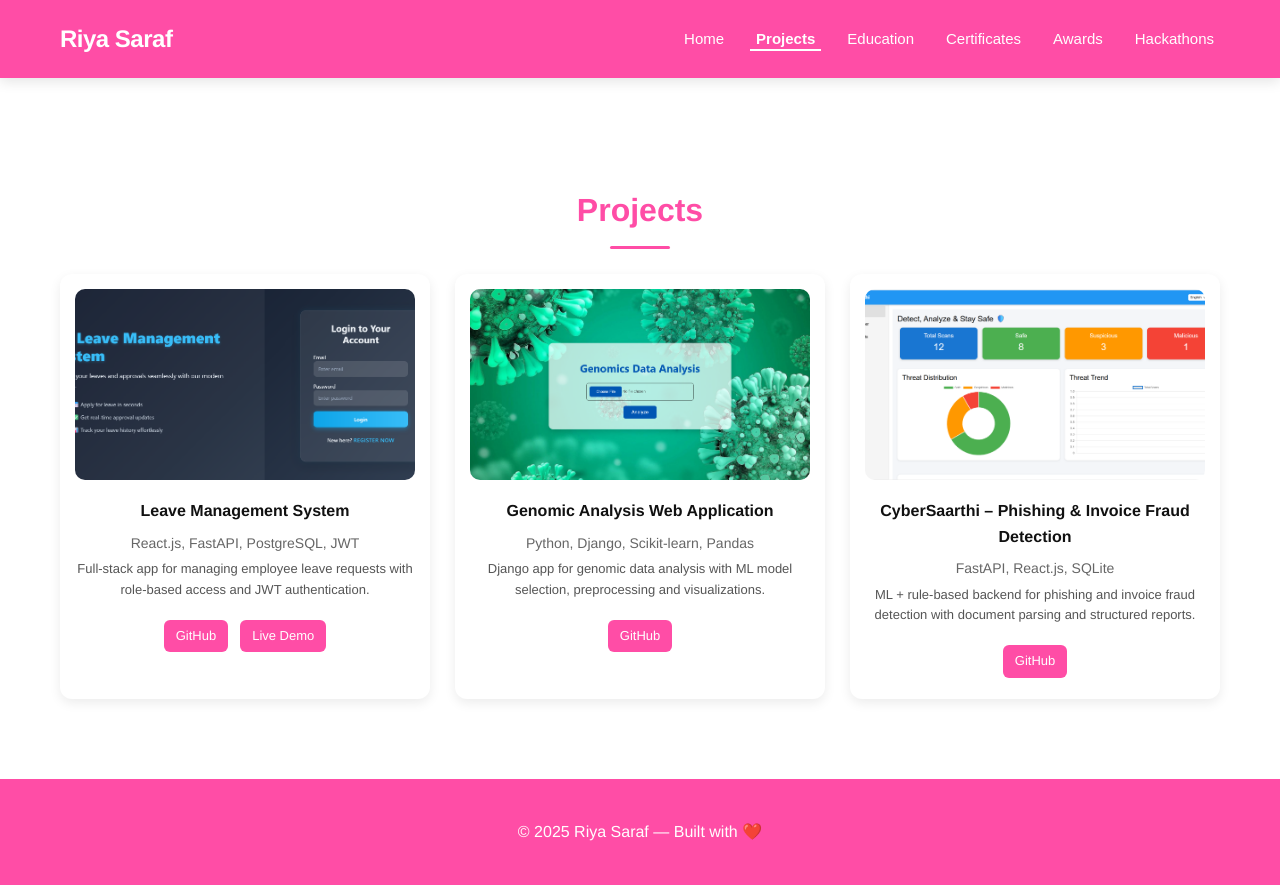
Repository: riyaaaa19/riya-portfolio
Page: /, after clicking the first element matching `nav > :nth-child(2)`
The author's editor kept a copy of each file at every save. The page is drawn from the files as they stood at one save, then again after the next save.
The browser window is 1280 px wide. The pictures show the whole page.
The project was rebuilt for these pictures with package versions that can differ from the ones it lists, and the page was loaded fresh each time.

Above is the page before, as saved 2025-09-13 18:49:43.

### src/App.js
import React, { useState } from "react";
import { Mail, Github, Linkedin } from "lucide-react";
import TimelineCard from "./components/TimelineCard"; // adjust path if needed
import "./styles.css";

export default function RiyaSarafPortfolio() {
  const [activePage, setActivePage] = useState("home");

  const projects = [
    {
      title: "Leave Management System",
      tech: "React.js, FastAPI, PostgreSQL, JWT",
      desc: "Full-stack app for managing employee leave requests with role-based access and JWT authentication.",
      github: "https://github.com/riyaaaa19/leave-management-system",
      live: "https://leave-management-system-cltb.onrender.com/",
      img: "/images/leave.png",
    },
    {
      title: "Genomic Analysis Web Application",
      tech: "Python, Django, Scikit-learn, Pandas",
      desc: "Django app for genomic data analysis with ML model selection, preprocessing and visualizations.",
      github: "https://github.com/riyaaaa19/genomic-analysis-django",
      img: "/images/genomics.png",
    },
    {
      title: "CyberSaarthi – Phishing & Invoice Fraud Detection",
      tech: "FastAPI, React.js, SQLite",
      desc: "ML + rule-based backend for phishing and invoice fraud detection with document parsing and structured reports.",
      github: "https://github.com/riyaaaa19/CyberSaarthi",
      img: "/images/cyber.png",
    },
  ];

  const education = [
    {
      school: "BADERIA GLOBAL INSTITUTE OF ENGINEERING AND MANAGEMENT",
      degree: "B.Tech CSE (Data Science)",
      year: "2022 – 2026",
      score: "CGPA: 8.28",
      img: "/images/graduation.png",
    },
    {
      school: "Nachiketa Higher Secondary School, Jabalpur",
      degree: "Class 12th • PCM • State Board",
      year: "2022",
      score: "Percentage: 73.4%",
      img: "/images/school.png",
    },
    {
      school: "Nachiketa Higher Secondary School, Jabalpur",
      degree: "Class 10th • State Board",
      year: "2020",
      score: "Percentage: 92%",
      img: "/images/school.png",
    },
  ];

  const certificates = [
    { title: "PCAP: Programming Essentials in Python", img: "/images/certificate1.jpg" },
    { title: "Introduction to Data Science — Cisco", img: "/images/certificate2.jpg" },
    { title: "Accenture Data Analytics Simulation", img: "/images/certificate3.jpg" },
    { title: "Global Entrepreneur Summit — IIT Kharagpur", img: "/images/certificate4.jpg" },
    { title: "Artificial Intelligence Fundamentals — IBM SkillsBuild", img: "/images/certificate5.jpg" },
    { title: "Cybersecurity Essentials — Cisco", img: "/images/certificate6.jpg" },
    { title: "Data Analytics — IBM Cognos", img: "/images/certificate7.jpg" },
  ];

  const awards = [
    { title: "Branch Topper — 2023, 2024, 2025", img: "/images/award1.jpg" },
    { title: "Best Girls Team Award — Hack SRIT 2025", img: "/images/award2.jpg" },
    { title: "1st Runner-Up — Ecopreneur Hackathon", img: "/images/award3.jpg" },
    { title: "3rd Position — Slide The Change at IEEE SHE ASPIRE 2.0", img: "/images/award4.jpg" },
  ];

  const hackathons = [
    {
      title: "Ecopreneur Hackathon",
      desc: "Hosted by Baderia Global Institute of Engineering and Management",
      img: "/images/hackathon1.jpg",
    },
    {
      title: "36-hour HackSRIT Hackathon",
      desc: "Hosted by Shri Ram Institute of technology",
      img: "/images/hackathon2.jpg",
    },
    {
      title: "Operation Eclipse – Stealth Spacecraft Design & Architecture",
      desc: "Competition at IIITDM Jabalpur",
      img: "/images/hackathon3.jpg",
    },
    {
      title: "Global Entrepreneurship Summit 2025",
      desc: "IIT Kharagpur",
      img: "/images/hackathon4.jpg",
    },
    {
      title: "All India Women only Hackathon 2023",
      desc: "Hosted by Shooting stars foundation",
      img: "/images/hackathon5.jpg",
    },
  ];

  return (
    <div>
      <header>
        <h1>Riya Saraf</h1>
        <nav>
          {["home", "projects", "education", "certificates", "awards", "hackathons"].map((page) => (
            <button
              key={page}
              onClick={() => setActivePage(page)}
              className={activePage === page ? "active" : ""}
            >
              {page.charAt(0).toUpperCase() + page.slice(1)}
            </button>
          ))}
        </nav>
      </header>

      {activePage === "home" && (
        <section className="hero">
          <div className="particle-bg">
            <span></span><span></span><span></span><span></span><span></span>
          </div>
          <div className="hero-text">
            <h2>
              Hi There, I'm <span className="highlight">Riya Saraf</span>
            </h2>
            <h3>
              I Am Into{" "}
              <span className="typing-container">
                <span className="typing">Web Development | Data Science | AI/ML</span>
              </span>
            </h3>
            <p>
              Motivated Computer Science undergraduate skilled in Python,
              full-stack development, and ML/AI. Passionate about building
              impactful solutions and contributing to open-source projects.
            </p>
            <div style={{ marginTop: "20px" }}>
              <button className="cta" onClick={() => setActivePage("projects")}>
                View Projects
              </button>
              <a
              href="https://mail.google.com/mail/?view=cm&fs=1&to=riyasaraf19@gmail.com"
              target="_blank"
              rel="noopener noreferrer"
              className="cta"
              style={{ display: "inline-block", textDecoration: "none" }}
              >
                Contact Me
              </a>
            </div>

            <div className="social-icons">
              <a href="https://linkedin.com/in/riya-saraf-9223a9257" target="_blank" rel="noreferrer">
                <Linkedin size={18} />
              </a>
              <a href="https://github.com/riyaaaa19" target="_blank" rel="noreferrer">
                <Github size={18} />
              </a>
              <a href="mailto:riyasaraf19@gmail.com">
                <Mail size={18} />
              </a>
              <a href="https://leetcode.com/u/riyaaa19/" target="_blank" rel="noreferrer">LC</a>
              <a href="https://www.hackerrank.com/profile/riyasaraf19" target="_blank" rel="noreferrer">HR</a>
            </div>
          </div>
          <div className="hero-img">
            <div className="avatar-circle">
              <img src="/images/riya-photo.png" alt="Riya Saraf" />
            </div>
          </div>
        </section>
      )}

      {activePage === "projects" && (
        <section>
          <h2>Projects</h2>
          <div className="grid">
            {projects.map((p, i) => (
              <TimelineCard
                key={i}
                title={p.title}
                subtitle={p.tech}
                img={p.img}
                score={<span style={{ color: "#555" }}>{p.desc}</span>}
                github={p.github}
                live={p.live}
                type="project"
              />
            ))}
          </div>
        </section>
      )}

      {activePage === "education" && (
        <section>
          <h2>Education</h2>
          <div className="timeline">
            {education.map((e, i) => (
              <TimelineCard
                key={i}
                title={e.school}
                subtitle={e.degree}
                year={e.year}
                score={e.score}
                img={e.img}
                type="education"
              />
            ))}
          </div>
        </section>
      )}

      {activePage === "certificates" && (
        <section>
          <h2>Certificates</h2>
          <div className="grid">
            {certificates.map((c, i) => (
              <TimelineCard key={i} title={c.title} img={c.img} type="certificate" />
            ))}
          </div>
        </section>
      )}

      {activePage === "awards" && (
        <section>
          <h2>Awards</h2>
          <div className="grid">
            {awards.map((a, i) => (
              <TimelineCard key={i} title={a.title} img={a.img} type="award" />
            ))}
          </div>
        </section>
      )}

      {activePage === "hackathons" && (
        <section>
          <h2>Hackathons & Conferences</h2>
          <div className="grid">
            {hackathons.map((h, i) => (
              <TimelineCard
                key={i}
                title={h.title}
                subtitle={h.desc}
                img={h.img}
                type="certificate"
              />
            ))}
          </div>
        </section>
      )}

      <footer>© {new Date().getFullYear()} Riya Saraf — Built with ❤️</footer>
    </div>
  );
}

### src/styles.css
/* ===== General Styling ===== */
body {
    margin: 0;
    font-family: 'Helvetica Neue', Arial, sans-serif;
    background: linear-gradient(135deg, #fdfbfb 0%, #ebedee 100%);
    color: #111;
    line-height: 1.6;
    scroll-behavior: smooth;
}

/* ===== Header ===== */
header {
    position: sticky;
    top: 0;
    background: #ff4da6;
    padding: 20px 60px;
    display: flex;
    justify-content: space-between;
    align-items: center;
    z-index: 100;
    box-shadow: 0 4px 12px rgba(0, 0, 0, 0.1);
    animation: slideDown 0.8s ease-in-out;
}

header h1 {
    margin: 0;
    font-size: 24px;
    font-weight: 700;
    color: #fff;
    letter-spacing: -0.5px;
    transition: transform 0.3s ease;
}

header h1:hover {
    transform: scale(1.08);
}

nav button {
    background: none;
    border: none;
    margin-left: 20px;
    font-size: 15px;
    color: #fff;
    cursor: pointer;
    transition: color 0.3s, border-bottom 0.3s, transform 0.3s;
}

nav button.active {
    font-weight: 600;
    border-bottom: 2px solid #fff;
    padding-bottom: 2px;
}

nav button:hover {
    color: #ffe3f0;
    transform: translateY(-2px);
}

/* ===== Sections ===== */
section {
    padding: 80px 60px;
    background: white;
    animation: fadeIn 1s ease-in;
}

section h2 {
    font-size: 32px;
    font-weight: 700;
    margin-bottom: 25px;
    color: #ff4da6;
    text-align: center;
    position: relative;
}

section h2::after {
    content: "";
    width: 60px;
    height: 3px;
    background: #ff4da6;
    display: block;
    margin: 10px auto 0;
    border-radius: 2px;
    animation: expand 0.8s ease-in-out;
}

/* ===== Hero Section ===== */
.hero {
    display: flex;
    flex-wrap: wrap;
    justify-content: space-between;
    align-items: center;
    gap: 50px;
    padding: 100px 60px;
    min-height: 80vh;
    position: relative;
    overflow: hidden;
}

.hero-text {
    flex: 1;
    max-width: 600px;
    display: flex;
    flex-direction: column;
    gap: 12px;
}

.hero-text h2 {
    font-size: 52px;
    font-weight: 800;
    margin: 0;
    line-height: 1.2;
    color: #ff4da6;
}

.hero-text .highlight {
    background: linear-gradient(45deg, #ff4da6, #ff7eb9);
    -webkit-background-clip: text;
    -moz-background-clip: text;
    background-clip: text;
    -webkit-text-fill-color: transparent;
    color: transparent;
}

.hero-text h3 {
    font-size: 22px;
    font-weight: 600;
    margin: 0;
    color: #111;
}

.hero-text p {
    max-width: 520px;
    font-size: 16px;
    color: #333;
    line-height: 1.6;
}

/* ===== Typing Effect Fix ===== */
.typing-container {
    display: inline-block;
    min-width: 300px;
    white-space: nowrap;
}

.typing {
    display: inline-block;
    border-right: 2px solid #ff4da6;
    overflow: hidden;
    vertical-align: middle;
    animation: typing 2.5s steps(30, end) forwards, blink-caret 0.75s step-end infinite;
}

@keyframes typing {
    from { width: 0; }
    to { width: 100%; }
}

@keyframes blink-caret {
    0%, 100% { border-color: transparent; }
    50% { border-color: #ff4da6; }
}

/* ===== Avatar ===== */
.hero-img {
    flex: 1;
    display: flex;
    justify-content: center;
    align-items: center;
}

.avatar-circle {
    width: 380px;
    height: 380px;
    border-radius: 50%;
    background: #ffe066;
    display: flex;
    justify-content: center;
    align-items: center;
    box-shadow: 0 8px 25px rgba(0,0,0,0.15);
    overflow: hidden;
    transition: transform 0.4s ease, box-shadow 0.4s ease;
}

.avatar-circle img {
    width: 95%;
    height: auto;
    border-radius: 50%;
    object-fit: cover;
}

.avatar-circle:hover {
    transform: scale(1.05);
    box-shadow: 0 10px 30px rgba(255, 77, 166, 0.3);
}

/* ===== Buttons ===== */
button.cta,
button.outline {
    margin-right: 12px;
    padding: 10px 22px;
    font-size: 15px;
    font-weight: 600;
    border-radius: 8px;
    border: 2px solid transparent;
    cursor: pointer;
    transition: all 0.25s ease;
}

button.cta {
    background: #ff4da6;
    color: white;
}

button.cta:hover {
    background: #e04494;
}

button.outline {
    background: transparent;
    color: #ff4da6;
    border: 2px solid #ff4da6;
}

button.outline:hover {
    background: #ff4da6;
    color: white;
}
/* Make <a class="cta"> look like button */
a.cta {
    display: inline-block;
    margin-right: 12px;
    padding: 10px 22px;
    font-size: 15px;
    font-weight: 600;
    border-radius: 8px;
    border: 2px solid transparent;
    cursor: pointer;
    transition: all 0.25s ease;
    background: #ff4da6;
    color: white;
    text-decoration: none;
    text-align: center;
}

a.cta:hover {
    background: #e04494;
}


/* ===== Social Icons ===== */
.social-icons {
    display: flex;
    gap: 18px;
    margin-top: 18px;
}

.social-icons a {
    color: #ff4da6;
    transition: color 0.25s;
    font-weight: bold;
    font-size: 15px;
    text-decoration: none;
}

.social-icons a:hover {
    color: #e04494;
}

/* ===== Footer ===== */
footer {
    padding: 40px;
    text-align: center;
    background: #ff4da6;
    color: white;
    font-weight: 500;
}

/* ===== Grid for Projects, Certificates, Awards ===== */
.grid {
    display: grid;
    gap: 25px;
    grid-template-columns: repeat(auto-fit, minmax(260px, 1fr));
}

/* ===== Timeline for Education ===== */
.timeline {
    position: relative;
    margin-left: 20px;
    padding-left: 40px;
    border-left: 3px solid #ff4da6;
}

.timeline-card {
    position: relative;
    margin-bottom: 40px;
    padding: 20px 20px 20px 40px;
    background: #fff;
    border-radius: 12px;
    box-shadow: 0 4px 12px rgba(0,0,0,0.08);
    transition: transform 0.3s, box-shadow 0.3s;
}

.timeline-card:hover {
    transform: scale(1.03);
    box-shadow: 0 6px 18px rgba(0,0,0,0.15);
}

.timeline-card span {
    position: absolute;
    left: -28px;
    top: 20px;
    width: 20px;
    height: 20px;
    border-radius: 50%;
    background: #ff4da6;
    color: #fff;
    display: flex;
    justify-content: center;
    align-items: center;
    font-size: 14px;
}

/* ===== Animations ===== */
@keyframes fadeIn {
    0% { opacity: 0; transform: translateY(20px); }
    100% { opacity: 1; transform: translateY(0); }
}

@keyframes slideDown {
    0% { transform: translateY(-100%); }
    100% { transform: translateY(0); }
}

@keyframes expand {
    0% { width: 0; }
    100% { width: 60px; }
}

/* ===== Responsive ===== */
@media (max-width: 900px) {
    .hero {
        flex-direction: column;
        text-align: center;
    }
    .hero-img {
        margin-top: 30px;
    }
}
/* ===== Timeline Styling for Education (Right-side Images) ===== */
.timeline {
    position: relative;
    padding-right: 60px; /* space for images on the right */
    margin-left: 20px;
    border-left: 3px solid #ff4da6;
}

.timeline .timeline-card {
    position: relative;
    margin-bottom: 30px;
    padding: 15px 20px;
    background: #fff;
    border-radius: 12px;
    box-shadow: 0 4px 12px rgba(0,0,0,0.08);
    transition: transform 0.2s;
}

.timeline .timeline-card:hover {
    transform: scale(1.03);
}

.timeline .timeline-card img {
    width: 50px;
    height: 50px;
    object-fit: cover;
    border-radius: 50%;
    position: absolute;
    right: -65px; /* move image to the right of the card */
    top: 15px;
    box-shadow: 0 3px 10px rgba(0,0,0,0.15);
}

.timeline .timeline-card h4 {
    margin: 0 0 6px 0;
    font-size: 16px;
    font-weight: 600;
}

.timeline .timeline-card p {
    margin: 2px 0;
    font-size: 14px;
    color: #555;
}

### src/components/TimelineCard.js
import React from "react";

export default function TimelineCard({
  icon, title, subtitle, year, score, img, type, github, live
}) {
  let imageStyle = {};
  let containerStyle = {};
  let contentStyle = {};

  if (type === "project") {
    imageStyle = {
      width: "100%",
      aspectRatio: "16/9",
      objectFit: "cover",
      borderRadius: "10px",
      marginBottom: "10px",
    };
  } else if (type === "certificate" || type === "award") {
    imageStyle = {
      width: "100%",
      aspectRatio: "4/3",
      objectFit: "contain",
      background: "#f8f8f8",
      borderRadius: "10px",
      marginBottom: "10px",
      padding: "6px",
    };
  } else if (type === "education") {
    containerStyle = {
      borderLeft: "3px solid #ff4da6",
      padding: "15px 20px",
      marginBottom: "20px",
      background: "#fff",
      borderRadius: "10px",
      position: "relative",
      display: "flex",
      justifyContent: "space-between",
      alignItems: "center",
      gap: "20px", // space between content and image
    };

    contentStyle = {
      flex: 1,
    };

    imageStyle = {
      width: "120px",   // bigger image
      height: "120px",  // bigger image
      objectFit: "cover",
      borderRadius: "50%",
      flexShrink: 0,
    };
  }

  const baseStyle =
    type === "certificate" || type === "award" || type === "project"
      ? {
          background: "#fff",
          padding: "15px",
          borderRadius: "12px",
          boxShadow: "0 4px 12px rgba(0,0,0,0.08)",
          textAlign: "center",
          transition: "transform 0.2s",
        }
      : containerStyle;

  const buttonStyle = {
    display: "inline-block",
    margin: "6px",
    padding: "6px 12px",
    fontSize: "13px",
    borderRadius: "6px",
    border: "none",
    cursor: "pointer",
    background: "#ff4da6",
    color: "#fff",
    textDecoration: "none",
    transition: "background 0.2s",
  };

  const hoverStyle = { background: "#e04494" };

  return (
    <div
      style={baseStyle}
      onMouseOver={(e) => (e.currentTarget.style.transform = "scale(1.03)")}
      onMouseOut={(e) => (e.currentTarget.style.transform = "scale(1)")}
    >
      {type === "education" ? (
        <>
          <div style={contentStyle}>
            <h4 style={{ margin: "0 0 8px 0", fontSize: "16px", fontWeight: "600" }}>{title}</h4>
            {subtitle && <p style={{ margin: "0 0 4px 0", color: "#666", fontSize: "14px" }}>{subtitle}</p>}
            {year && <p style={{ margin: "0 0 4px 0", fontSize: "13px", color: "#999" }}>{year}</p>}
            {score && <p style={{ margin: "0", fontSize: "13px", color: "#444" }}>{score}</p>}
          </div>
          {img && <img src={img} alt={title} style={imageStyle} />}
          <span
            style={{
              position: "absolute",
              left: "-9px",
              top: "25px",
              width: "14px",
              height: "14px",
              borderRadius: "50%",
              background: "#ff4da6",
            }}
          >
            {icon}
          </span>
        </>
      ) : (
        <>
          {img && <img src={img} alt={title} style={imageStyle} />}
          <h4 style={{ margin: "0 0 8px 0", fontSize: "16px", fontWeight: "600" }}>{title}</h4>
          {subtitle && <p style={{ margin: 0, color: "#666", fontSize: "14px" }}>{subtitle}</p>}
          {year && <p style={{ margin: "4px 0", fontSize: "13px", color: "#999" }}>{year}</p>}
          {score && <p style={{ marginTop: "5px", fontSize: "13px", color: "#444" }}>{score}</p>}

          {type === "project" && (
            <div style={{ marginTop: "10px" }}>
              {github && (
                <a
                  href={github}
                  target="_blank"
                  rel="noopener noreferrer"
                  style={buttonStyle}
                  onMouseOver={(e) => (e.currentTarget.style.background = hoverStyle.background)}
                  onMouseOut={(e) => (e.currentTarget.style.background = buttonStyle.background)}
                >
                  GitHub
                </a>
              )}
              {live && (
                <a
                  href={live}
                  target="_blank"
                  rel="noopener noreferrer"
                  style={buttonStyle}
                  onMouseOver={(e) => (e.currentTarget.style.background = hoverStyle.background)}
                  onMouseOut={(e) => (e.currentTarget.style.background = buttonStyle.background)}
                >
                  Live Demo
                </a>
              )}
            </div>
          )}
        </>
      )}
    </div>
  );
}

Loaded but not shown: public/index.html (common file); src/index.js (common file)

After the next save:
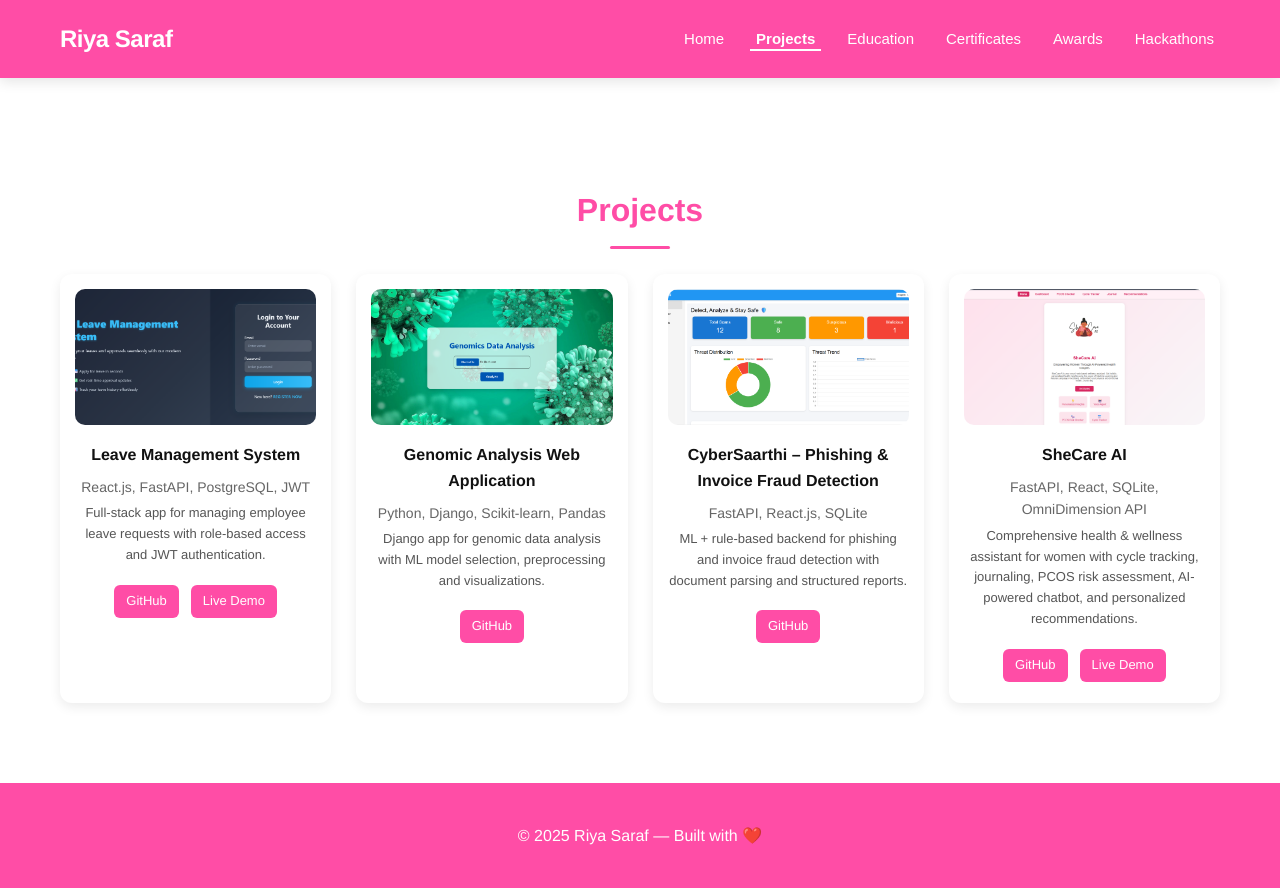
Saved 19 h 14 min later.
--- a/src/App.js
+++ b/src/App.js
@@ -29,6 +29,14 @@ export default function RiyaSarafPortfolio() {
       github: "https://github.com/riyaaaa19/CyberSaarthi",
       img: "/images/cyber.png",
     },
+    {
+      title: "SheCare AI",
+      tech: "FastAPI, React, SQLite, OmniDimension API",
+      desc: "Comprehensive health & wellness assistant for women with cycle tracking, journaling, PCOS risk assessment, AI-powered chatbot, and personalized recommendations.",
+      github: "https://github.com/sonamnimje/SheCare-AI",
+      live: "https://shecare-ai-1-5jqe.onrender.com/",
+      img: "/images/shecare.png",
+    }
   ];
 
   const education = [
